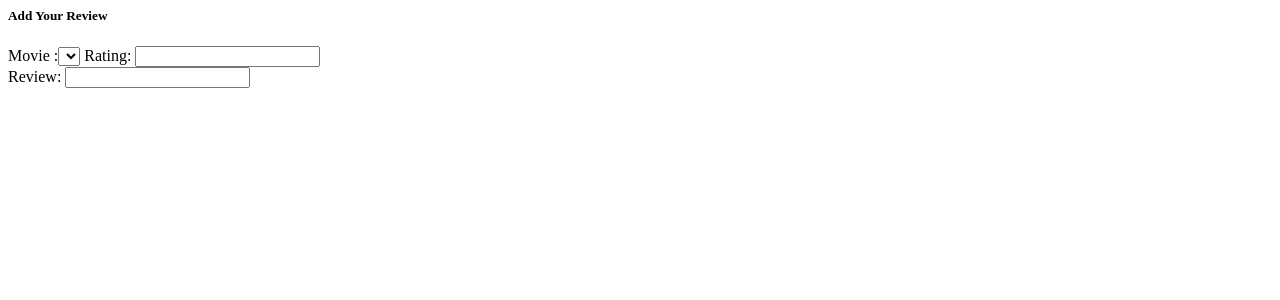
Repository: kd2-80175/WebJava
Page: http://localhost/MovieApp/AddReview
The author's editor kept a copy of each file at every save. The page is drawn from the files as they stood at one save, then again after a run of saves.
The browser window is 1280 px wide. The pictures show the whole page.
The page is served by Tomcat 9. Other server files are loaded and not shown. Queries for data that is not in the repository find no rows.

Above is the page before, as saved 2023-12-20 07:09:48.

### Assignment1/MovieApp/src/com/sunbeam/servlets/AddReviewServlet.java
package com.sunbeam.servlets;

import java.io.IOException;
import java.io.PrintWriter;
import java.util.List;

import javax.servlet.annotation.WebServlet;
import javax.servlet.http.HttpServlet;
import javax.servlet.http.HttpServletRequest;
import javax.servlet.http.HttpServletResponse;
import javax.servlet.http.HttpSession;

import com.sunbeam.daos.MovieDao;
import com.sunbeam.daos.MovieDaoImpl;
import com.sunbeam.daos.ReviewDao;
import com.sunbeam.daos.ReviewDaoImpl;
import com.sunbeam.pojos.Movie;
import com.sunbeam.pojos.Reviews;

@WebServlet("/AddReview")
public class AddReviewServlet extends HttpServlet {

	protected void doGet(HttpServletRequest req, HttpServletResponse resp) throws IOException {
		resp.setContentType("text/html");
		PrintWriter out =resp.getWriter();
		out.println("<html>");
		out.println("<head>");
		out.println("<title>AddReview</title>");
		out.println("</head>");
		out.println("<body>");

		//HttpSession session=req.getSession();
		out.println("<h5>Add Your Review</h5>");
		try(MovieDao mdao=new MovieDaoImpl()){
			List<Movie> list=mdao.findAll();

			out.println("Movie :<select name='movieid'>");
			for(Movie m:list)
				out.printf("<option values='%d'>%s</option>",m.getId(),m.getTitle());
			out.println("</select>");

			} catch (Exception e) {
			// TODO Auto-generated catch block
			e.printStackTrace();
		}

			out.println("Rating: <input type='number' name='rating' id='ratid' >\r\n<br/>");
			out.println("Review: <input type='text' name='rating' id='revid'>\r\n<br/>");
			}







	}

### Assignment1/MovieApp/src/com/sunbeam/daos/Dao.java
package com.sunbeam.daos;



import java.sql.Connection;
import java.sql.DriverManager;

import com.sunbeam.utils.DbUtil;



public class Dao implements AutoCloseable {
	protected Connection con;
	public Dao() throws Exception {
		con = DbUtil.getConnection();
	}
	@Override
	public void close() {
		try {
			if(con != null)
				con.close();
		} catch (Exception e) {
			e.printStackTrace();
		}
	}
}

### Assignment1/MovieApp/src/com/sunbeam/daos/MovieDaoImpl.java
package com.sunbeam.daos;



import java.sql.PreparedStatement;
import java.sql.ResultSet;
import java.util.ArrayList;
import java.util.Date;
import java.util.List;

import com.sunbeam.pojos.Movie;
import com.sunbeam.utils.DateTimeUtil;


public class MovieDaoImpl extends Dao implements MovieDao{



	public MovieDaoImpl() throws Exception {

	}

	@Override
	public List<Movie> findAll() throws Exception {
		List<Movie> list = new ArrayList<>();
		String sql = "SELECT * FROM movies";
		try(PreparedStatement stmt = con.prepareStatement(sql)) {
			try(ResultSet rs = stmt.executeQuery()) {
				while(rs.next()) {
					int id = rs.getInt("id");
					String title = rs.getString("title");
					Date modified = DateTimeUtil.sqlToUtilDate(rs.getDate("rel_date"));
					Movie m = new Movie(id, title, modified);
					list.add(m);
				}
			} // rs.close();
		} // stmt.close();
		return list;
	}

	@Override
	public Movie findById(int id) throws Exception {
		String sql = "SELECT * FROM movies WHERE id=?";
		try(PreparedStatement stmt = con.prepareStatement(sql)) {
			stmt.setInt(1, id);
			try(ResultSet rs = stmt.executeQuery()) {
				if(rs.next()) {
					id = rs.getInt("id");
					String title = rs.getString("title");
					Date modified = DateTimeUtil.sqlToUtilDate(rs.getDate("rel_date"));
					Movie m = new Movie(id, title, modified);
					return m;
				}
			} // rs.close();
		} // stmt.close();
		return null;
	}

}

### Assignment1/MovieApp/src/com/sunbeam/utils/DbUtil.java
package com.sunbeam.utils;

import java.sql.Connection;
import java.sql.DriverManager;
import java.sql.SQLException;

public class DbUtil {
	public static final String DB_DRIVER = "com.mysql.cj.jdbc.Driver";
	public static final String DB_URL = "jdbc:mysql://localhost:3306/test";
	public static final String DB_USER = "root";
	public static final String DB_PASSWD = "manager";

	static {
		try {
			Class.forName(DB_DRIVER);
		} catch (ClassNotFoundException e) {
			e.printStackTrace();
			System.exit(1);
		}
	}

	public static Connection getConnection() throws SQLException {
		Connection con = DriverManager.getConnection(DB_URL, DB_USER, DB_PASSWD);
		return con;
	}
}

After the next 2 saves:
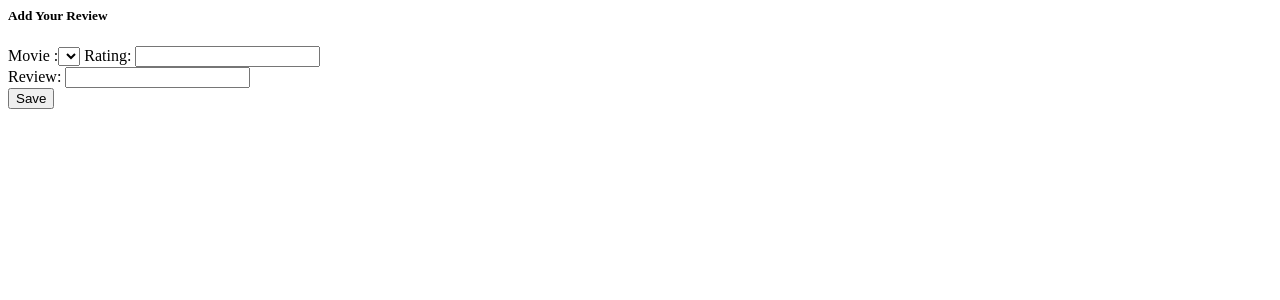
The 2 saves are shown as one change because 1 did not build or start.
The last was saved 22 min 39 s later.
--- a/Assignment1/MovieApp/src/com/sunbeam/servlets/AddReviewServlet.java
+++ b/Assignment1/MovieApp/src/com/sunbeam/servlets/AddReviewServlet.java
@@ -31,12 +31,13 @@ public class AddReviewServlet extends HttpServlet {
 
 		//HttpSession session=req.getSession();
 		out.println("<h5>Add Your Review</h5>");
+		out.println("<form method='post' action='AddReview'>");
 		try(MovieDao mdao=new MovieDaoImpl()){
 			List<Movie> list=mdao.findAll();
 
 			out.println("Movie :<select name='movieid'>");
 			for(Movie m:list)
-				out.printf("<option values='%d'>%s</option>",m.getId(),m.getTitle());
+				out.printf("<option value='%d'>%s</option>",m.getId(),m.getTitle());
 			out.println("</select>");
 
 			} catch (Exception e) {
@@ -45,8 +46,21 @@ public class AddReviewServlet extends HttpServlet {
 		}
 
 			out.println("Rating: <input type='number' name='rating' id='ratid' >\r\n<br/>");
-			out.println("Review: <input type='text' name='rating' id='revid'>\r\n<br/>");
-			}
+			out.println("Review: <input type='text' name='review' id='revid'>\r\n<br/>");
+			out.println("<input type='submit' value='Save'/>");
+			out.println("</form>");
+			out.println("</body>");
+			out.println("</html>");
+
+	}
+
+	protected void doPost(HttpServletRequest req,HttpServletResponse resp) {
+		String revID=req.getParameter("id");
+		int id=Integer.parseInt(revID);
+		String rate=req.getParameter("rating");
+		int review=Integer.parseInt(rate);
+
+		}
 
 
 
